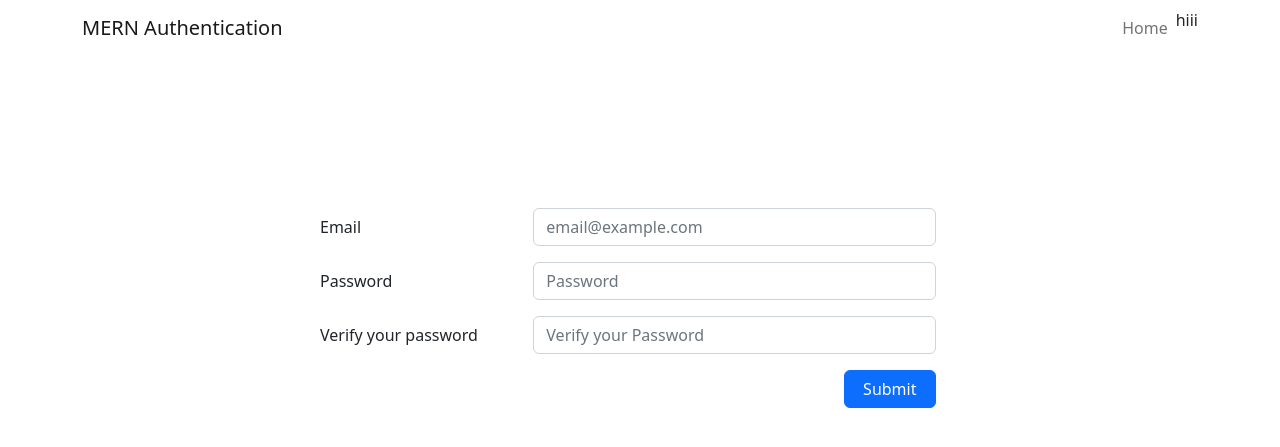
Repository: RubaHusam/MERN-Auth
Page: /register (app in frontend/)
These files come from the project's save history. The page is drawn as it stood at one moment and after the next save; the edit follows.
The browser window is 1280 px wide. The pictures show the whole page.
The page's requests for data from a server got no answer. The project was rebuilt for these pictures with package versions that can differ from the ones it lists, and the page was loaded fresh each time. No one was signed in, and anything a server would have sent is missing. Also part of the build but not shown: frontend/src/components/Auth/LogoutBtn.js, frontend/src/components/Auth/Login.js.

Above is the page before, as saved 2023-01-29 21:48:47.

After the next save:
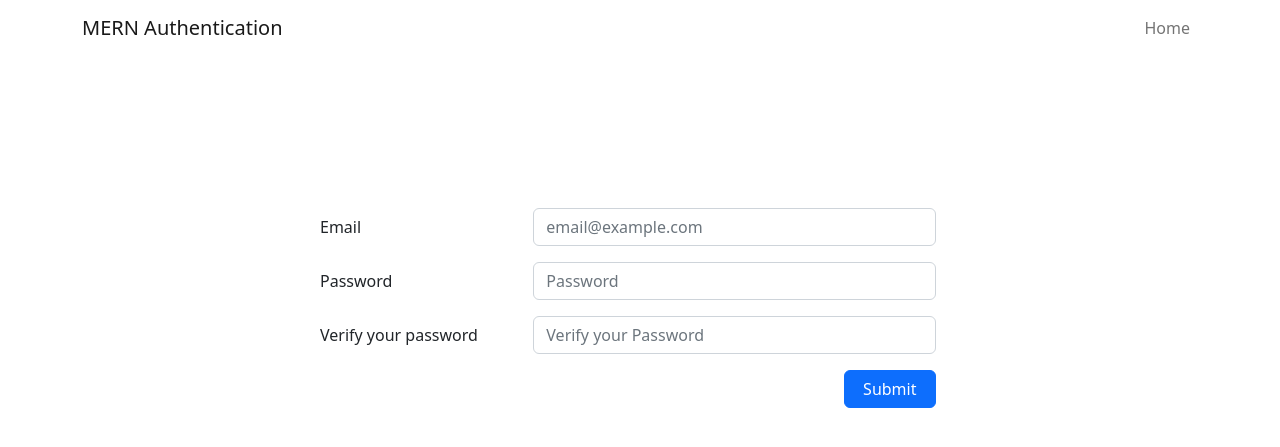
Saved 99 s later.
--- a/frontend/src/components/Layout/Header.js
+++ b/frontend/src/components/Layout/Header.js
@@ -27,7 +27,7 @@ export default function Header() {
               <Nav.Link as={Link} to='/' style={{ textDecoration: 'none' }}>
                 Home
               </Nav.Link>
-              {loggedIn === false ? (
+              {loggedIn === false && (
                 <>
                   <Nav.Link
                     as={Link}
@@ -42,8 +42,6 @@ export default function Header() {
                     Login
                   </Nav.Link>
                 </>
-              ) : (
-                <>hiii</>
               )}
               {loggedIn === true && (
                 <>
